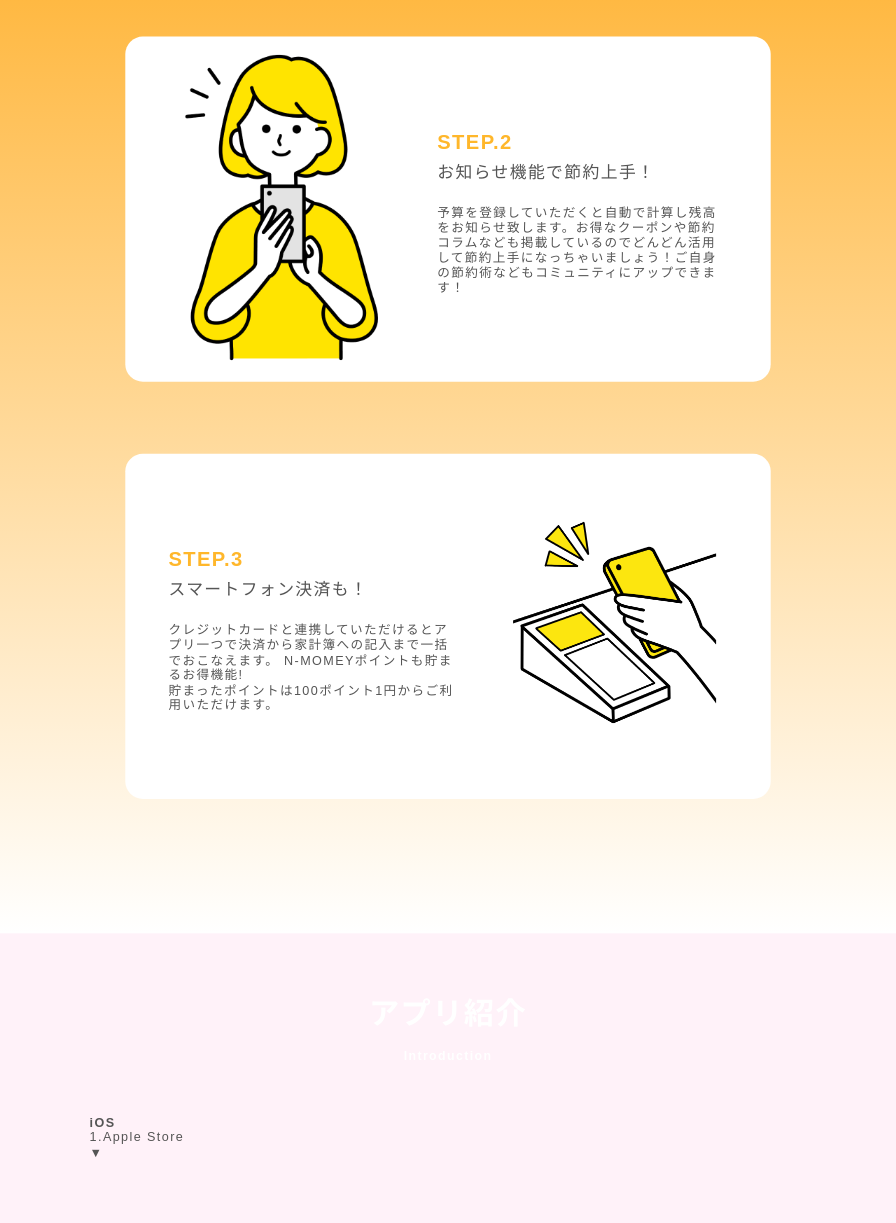
Repository: nozomi-23/lp2_test
Page: index.html
An editor plug-in stored every save of this project. The page is shown before and after the next save, followed by the edit.
The browser window is 1280 px wide. The pictures show the part of the page from y = 1846 to 3766 px (the page is 3593 px tall before and 3766 px after), at 70% of full size.
Some web fonts or font styles are not loaded; a fallback is used.

Above is the page before, as saved 2022-06-18 15:16:38.

### index.html
<!DOCTYPE html>
<html lang="ja">
<head>
  <meta charset="UTF-8">
  <title>家計簿アプリ「N-MONEY」</title>
  <meta name="description" content="「人生をコードと共に」というビジョンを達成するべく、皆さんのプログラミング学習をサポートします。">
  <meta name="keywords" content="家計簿,アプリ,おすすめ">
  <meta name="viewport" content="width=device-width, initial-scale=1.0">
  <meta property="og:title" content="家計簿アプリ「N-MONEY」">
  <meta property="og:type" content="article">
  <meta property="og:url" content="https://withcode-plus.tech">
  <meta property="og:image" content="img/logo.png">
  <meta property="og:description" content="カンタン家計簿アプリ 「N-MONEY」でお得に楽に家計管理。">
  <meta property="og:site_name" content="家計簿アプリ">
  <link rel="icon" href="favicon.ico">
  <link rel="apple-touch-icon" sizes="180x180" href="img/logo.png">
  <link rel="preconnect" href="https://fonts.googleapis.com">
  <link rel="preconnect" href="https://fonts.gstatic.com" crossorigin>
  <link
    href="https://fonts.googleapis.com/css2?family=M+PLUS+1p:wght@400;500;700&family=Noto+Sans+JP:wght@400;500&display=swap"
    rel="stylesheet">
  <link rel="stylesheet" type="text/css" href="css/reset.css">
  <link rel="stylesheet" type="text/css" href="css/common.css">
</head>
<body>
  <!-- ========== header -->
  <header>
    <div class="header_inner">
      <h1 class="header_logo">
        <a href="#"><img src="img/logo.png" alt="ロゴ画像"></a>
      </h1>
      <nav class="header_nav">
        <ul class="header_list">
          <li class="header_item">
            <a href="#introduction">アプリ紹介</a>
          </li>
          <li class="header_item">
            <a href="#how">ご利用方法</a>
          </li>
          <li class="header_item">
            <a href="#fqa">よくある質問</a>
          </li>
          <li class="header_item">
            <a href="#news">お知らせ</a>
          </li>
          <li class="header_item heder_btn">
            <a href="#contact">お問い合わせ</a>
          </li>
        </ul>
      </nav>
      <div class="drawer"></div>
    </div>
  </header>
  <!-- ========== top -->
  <section class="top_section">
    <div class="inner">
      <div class="top_wrapper">
        <div class="top_left">
          <h2 class="title">
            <p>〜 簡単家計簿アプリ 〜</p><br>
            <span>N-MONEY Mobile</span>
          </h2>
          <div class="download">
            <div class="download_apple">
              <a href="https://www.apple.com/jp/app-store/">
                <img src="img/apple.png" alt="Apple Store">
              </a>
            </div>
            <div class="download_google">
              <a href="https://play.google.com/store/apps?hl=ja&gl=US">
                <img src="img/google.png" alt="Google Store">
              </a>
            </div>
          </div>
        </div>
        <div class="top_right">
          <img src="img/top.png" alt="トップ画像">
        </div>
      </div>
    </div>
  </section>
    <!-- ========== feature -->
    <div class="inner">

      <div class="feature_txt">
        <h3 class="feature_ttl">家でも外でもラクラク管理<br>
        N-MOMEY Mobileとは</h3>
        <p>N-MOMEY
        Mobileとはご自宅でも外出先でも簡単に家計を管理できるサービスです。カテゴリ別の支出、予算管理だけでなくクレジットカードの連結により、レジでのお支払い・支出管理を自動で更新してくれます。予算に対してのお知らせ機能で使いすぎを防ぎます。めんどくさい計算・管理はN-MOMEY
        Mobileにおまかせください!</p>
      </div>

    </div>
<!-- ========== Introduction -->
<section class="intro section" id="introduction">
  <div class="inner">
    <h4 class="common_ttl">アプリ紹介<br><small>Introduction</small></h4>
    <div class="intro_wrapper">
      <div class="intro_wrapper_left">
        <h5 class="intro_txt"><strong>STEP.1</strong><br>
          いつでもどこでもカンタン管理！</h5>
          <p>レシートの管理が大変・・<br>
          いつ支払ったか忘れてしまった・・<br>
          そんなお悩みをすぐに解決します！支払ったらスマホにすぐ記入、カンタンな操作でカテゴリや日付の管理でめんどくさい家計管理のお手伝いをします。</p>
      </div>
      <div class="intro_wrapper_right">
        <img src="img/step1.png" alt="スマートフォンの画像">
      </div>
    </div>
    <div class="intro_wrapper intro_wrapper_revers">
      <div class="intro_wrapper_left ">
        <h5 class="intro_txt"><strong>STEP.2</strong><br>
          お知らせ機能で節約上手！</h5>
        <p>予算を登録していただくと自動で計算し残高をお知らせ致します。お得なクーポンや節約コラムなども掲載しているのでどんどん活用して節約上手になっちゃいましょう！ご自身の節約術などもコミュニティにアップできます！
          </p>
      </div>
      <div class="intro_wrapper_right">
        <img src="img/step2.png" alt="スマートフォンの画像">
      </div>
    </div>
    <div class="intro_wrapper">
      <div class="intro_wrapper_left">
        <h5 class="intro_txt"><strong>STEP.3</strong><br>
          スマートフォン決済も！</h5>
        <p>クレジットカードと連携していただけるとアプリ一つで決済から家計簿への記入まで一括でおこなえます。
        N-MOMEYポイントも貯まるお得機能!<br>
        貯まったポイントは100ポイント1円からご利用いただけます。</p>
      </div>
      <div class="intro_wrapper_right">
        <img src="img/step3.png" alt="スマートフォンの画像">
      </div>
    </div>
  </div>
</section>
<!-- ========== how -->
<section class="how section" id="how">
  <div class="inner">
    <h4 class="common_ttl">アプリ紹介<br><small>Introduction</small></h4>
    <div class="how_wrapper">
      <div class="how_wrapper_item">
        <h5>iOS</h5>
        <ul>
          <li>1.Apple Store</li>
          <p>▼</p>

        </ul>
      </div>
    </div>
  </div>
</section>
</body>
</html>

### css/reset.css
@charset "UTF-8";

html,
body,
div,
span,
object,
iframe,
h1,
h2,
h3,
h4,
h5,
h6,
p,
blockquote,
pre,
abbr,
address,
cite,
code,
del,
dfn,
em,
img,
ins,
kbd,
q,
samp,
small,
strong,
sub,
sup,
var,
b,
i,
dl,
dt,
dd,
ol,
ul,
li,
fieldset,
form,
label,
legend,
table,
caption,
tbody,
tfoot,
thead,
tr,
th,
td,
article,
aside,
canvas,
details,
figcaption,
figure,
footer,
header,
hgroup,
menu,
nav,
section,
summary,
time,
mark,
audio,
video {
  margin: 0;
  padding: 0;
  border: 0;
  outline: 0;
  font-size: 100%;
  vertical-align: baseline;
  background: transparent;
}

body {
  line-height: 1;
}

article,
aside,
details,
figcaption,
figure,
footer,
header,
hgroup,
menu,
nav,
section {
  display: block;
}

nav ul {
  list-style: none;
}

blockquote,
q {
  quotes: none;
}

blockquote:before,
blockquote:after,
q:before,
q:after {
  content: '';
  content: none;
}

a {
  margin: 0;
  padding: 0;
  font-size: 100%;
  vertical-align: baseline;
  background: transparent;
}

/* change colours to suit your needs */
ins {
  background-color: #ff9;
  color: #000;
  text-decoration: none;
}

/* change colours to suit your needs */
mark {
  background-color: #ff9;
  color: #000;
  font-style: italic;
  font-weight: bold;
}

del {
  text-decoration: line-through;
}

abbr[title],
dfn[title] {
  border-bottom: 1px dotted;
  cursor: help;
}

table {
  border-collapse: collapse;
  border-spacing: 0;
}

/* change border colour to suit your needs */
hr {
  display: block;
  height: 1px;
  border: 0;
  border-top: 1px solid #cccccc;
  margin: 1em 0;
  padding: 0;
}

input,
select {
  vertical-align: middle;
}

### css/common.css
@charset "UTF-8";

body {
  font-size: 18px;
  line-height: 1.2;
  letter-spacing: 2px;
  word-break: break-all;
  color: #555;
  font-family: 'M PLUS 1p', sans-serif ,
  'Noto Sans JP', sans-serif;
}
li {
  list-style: none;
}
a {
  text-decoration: none;
  color: #333;
}
/* ===================
共通レイアウト
======================*/
.section {
  padding: 7% 0;
  position: relative;
  background-color: rgba(255, 105, 180, 0.085);
}
.inner {
  width: 80%;
  margin: 0 auto;
  /* background-color: rgb(221, 240, 240); */
}
/* ===================
共通パーツ
======================*/
.common_ttl {
  text-align: center;
  color: #5A5757;
  font-size: 2.7rem;
  margin-bottom: 6.5%;
}
.common_ttl small {
  font-size: 1.1rem;
}

/* ===================
header
======================*/
.header_inner {
  width: 90%;
  height: 15vh;
  margin: 0 auto;
  display: flex;
  justify-content: space-between;
  align-items: center;
}
.header_logo {
  position: fixed;
  top: 1rem;
  z-index: 3;
}
.header_logo img {
  width: 100%;
  height: 100%;
}
.header_nav {
  margin-left: auto;
}
.header_list {
  display: flex;
  justify-content: flex-end;
  align-items: center;
}
.header_list li {
  margin-left: 1.8rem;
}
.header_list li a:hover {
  opacity: 0.5;
}
.heder_btn a{
  background: #FFB72B;
  color: #fff;
  line-height: 3;
  border-radius: 15px;
  display: inline-block;
  padding: 0 1.8rem;
}
/* ===================
top
======================*/
.top_wrapper {
  margin-top: 10%;
  height: auto;
  display: flex;
  justify-content: space-evenly;
  align-items: center;
}
.top_left {
  text-align: center;
  width: 50%;
  height: auto;
}
.title p{
  font-size: 1.7rem;
  font-weight: 400;
  margin-bottom: 2%;
  color: #333;
}
.title span {
  font-size: 3.5rem;
  color: #FFB72B;
  font-weight: bold;
}
.download {
  display: flex;
  align-items: center;
  justify-content: space-evenly;
  margin-top: 10%;
}
.download_apple {
  width: 35%;
}
.download_apple img {
  width: 100%;
  height: 100%;
}
.download_google {
  width: 35%;
}
.download_google img {
  width: 100%;
  height: 100%;
}
.top_right {
  width: 42%;
  height: auto;
}
.top_right img {
  width: 100%;
  height: 100%;

}
/* ===================
feature
======================*/
.feature_txt {
  width: 90%;
  margin-bottom: 10%;
}
.feature_ttl {
  font-size: 1.9rem;
  color: #FFB72B;
  font-weight: 400;
  margin: 5% 0 2% 0;
  line-height: 1.5;
}
.feature_ttl::after {
  content: "";
  display: inline-block;
  width: 100px;
  height: 2px;
  background: #FFB72B;
  margin-left: 2%;
  vertical-align: middle;
}
.feature_txt p {
  color: #333;
}
/* ===================
Introduction
======================*/
.intro {
  background: linear-gradient(180deg, #FFAD23 27.08%, rgba(255, 173, 35, 0) 100%);
}
.common_ttl:first-child {
  color: #fff;
}
.intro_wrapper {
  width: 90%;
  height: 60vh;
  display: flex;
  align-items: center;
  justify-content: space-evenly;
  background: #fff;
  border-radius: 25px;
  margin: 0 auto;
  padding: 3% 0;
  margin-bottom: 10%;
}
.intro_wrapper_left {
  width: 45%;
  height: auto;
}
.intro_txt {
  font-size: 1.5rem;
  font-weight: 500;
  margin-bottom: 8%;
}
.intro_txt strong {
  font-weight: bold;
  color: #FFB72B;
  font-size: 1.8rem;
  margin-top: 1rem;
  line-height: 2;
}
.intro_wrapper_right {
width: 35%;
height: auto;
text-align: center;
}
.intro_wrapper_right img {
  max-width: 90%;

}
.intro_wrapper_revers {
  display: flex;
  flex-direction: row-reverse;
}

After the next save:
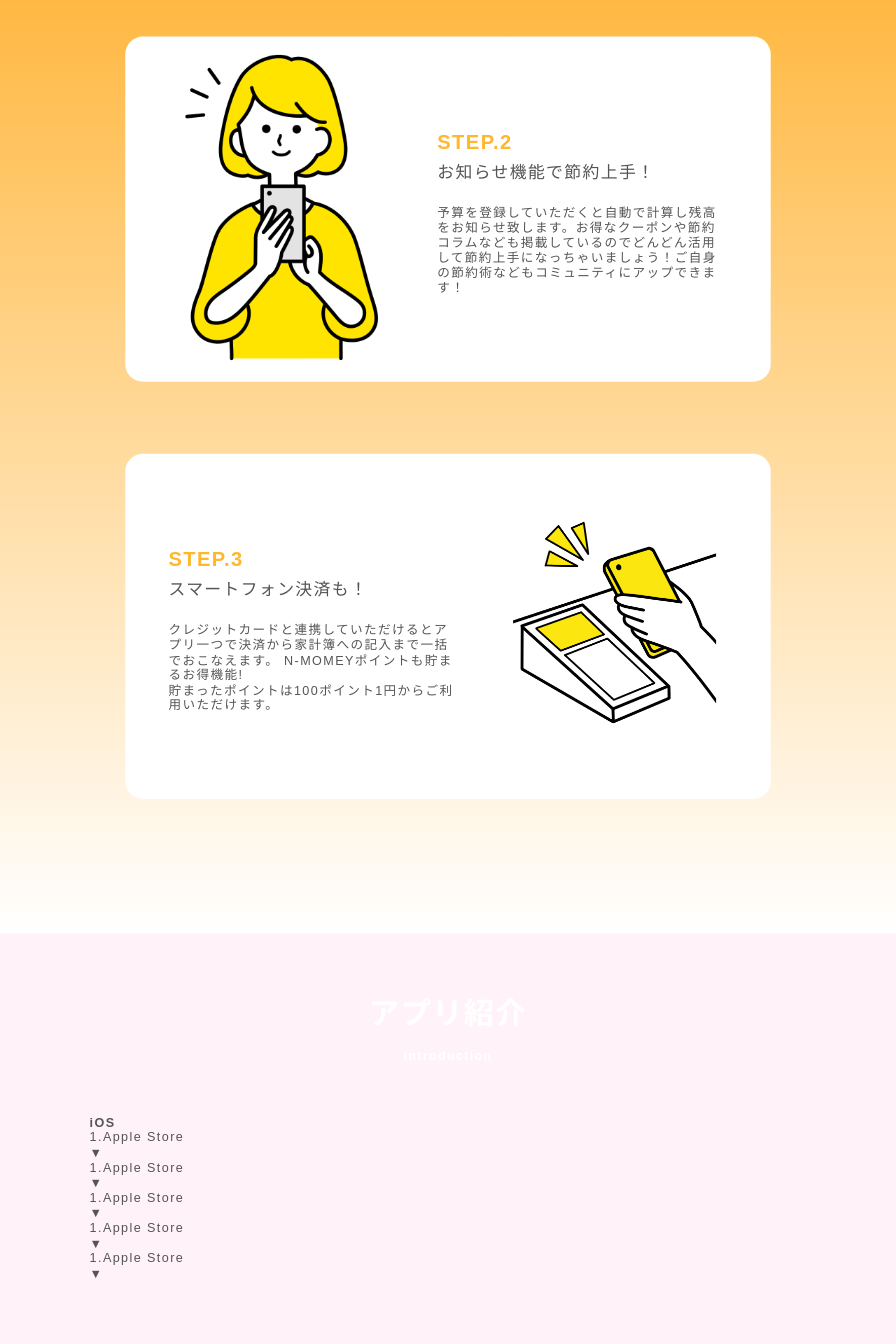
Saved 4 s later.
--- a/index.html
+++ b/index.html
@@ -142,7 +142,14 @@
         <ul>
           <li>1.Apple Store</li>
           <p>▼</p>
-
+          <li>1.Apple Store</li>
+          <p>▼</p>
+          <li>1.Apple Store</li>
+          <p>▼</p>
+          <li>1.Apple Store</li>
+          <p>▼</p>
+          <li>1.Apple Store</li>
+          <p>▼</p>
         </ul>
       </div>
     </div>
